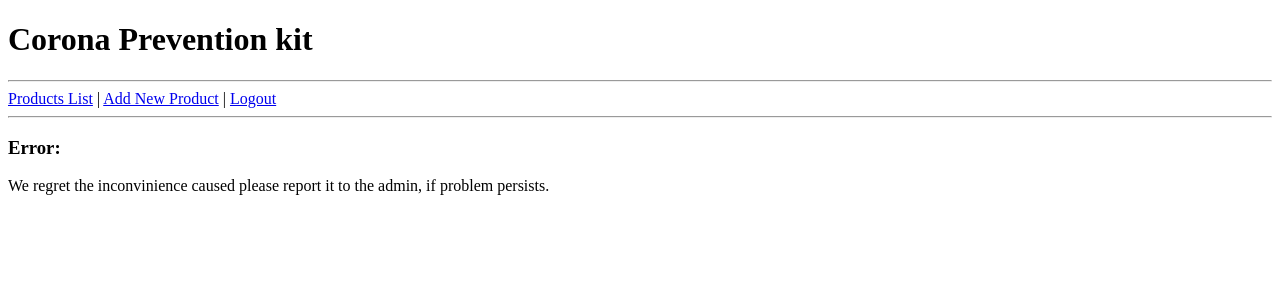
Repository: phanisree-chava/SBA-REPO
Page: http://localhost/CoronakitManagementPortal/adminerrpage.jsp
An editor plug-in stored every save of this project. The page is shown before and after the next save, followed by the edit.
The browser window is 1280 px wide. The pictures show the whole page.
The page is served by Tomcat 9.

Above is the page before, as saved 2020-08-23 18:10:22.

After the next save:
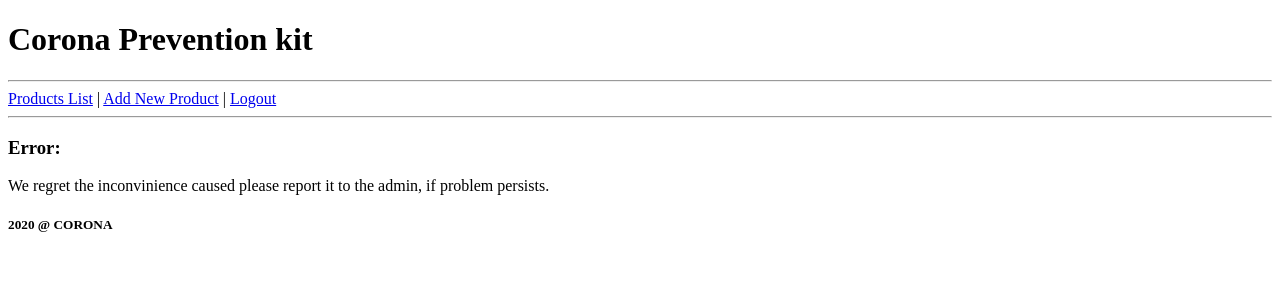
Saved 15 s later.
--- a/CoronakitManagementPortal/WebContent/adminerrpage.jsp
+++ b/CoronakitManagementPortal/WebContent/adminerrpage.jsp
@@ -11,5 +11,10 @@
 	<h3>Error: ${errMsg }</h3>
 	<p>We regret the inconvinience caused
 	please report it to the admin, if problem persists.</p>
+
+
+
+
+<jsp:include page="footer.jsp"/>
 </body>
 </html>
